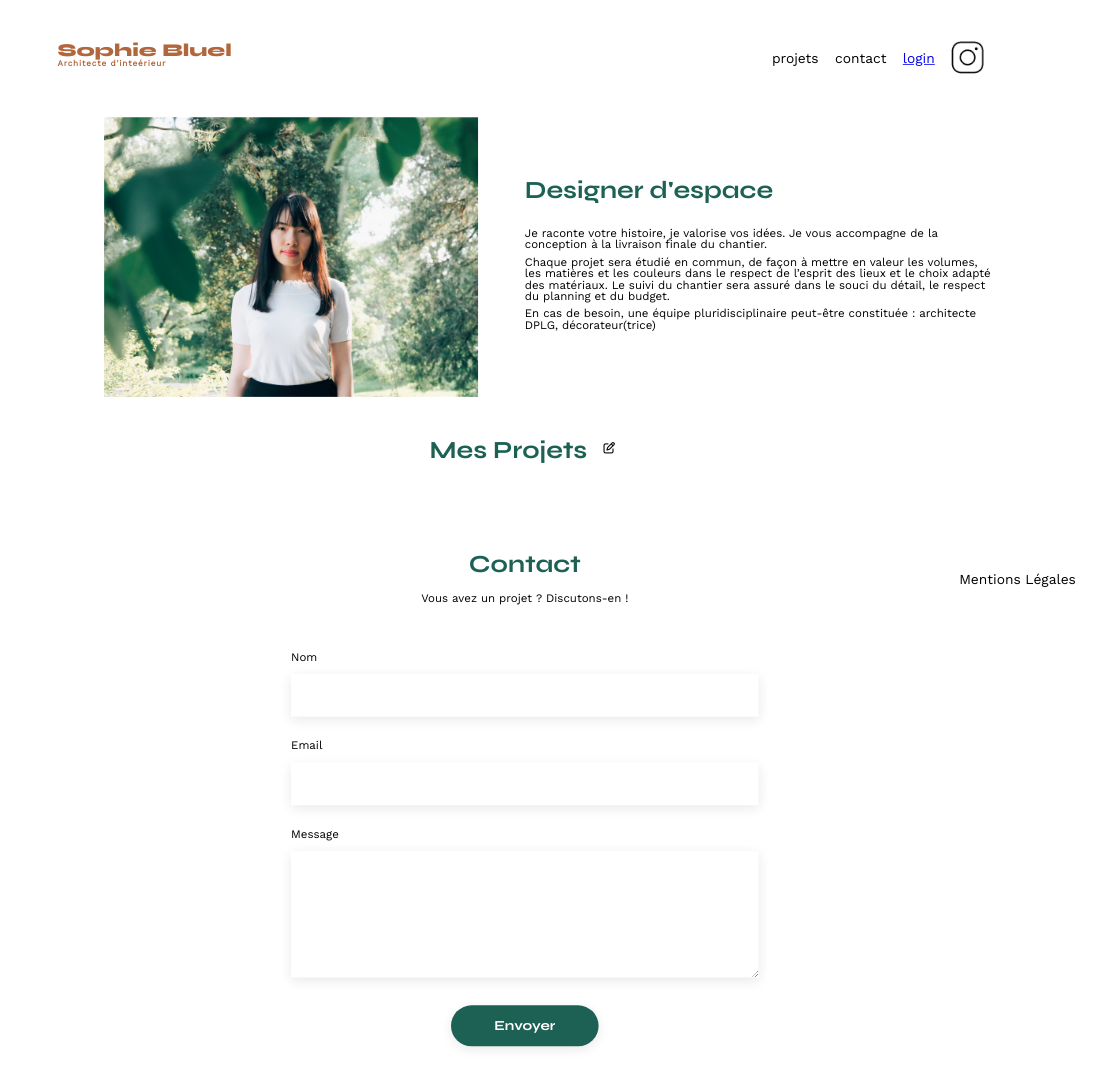
Repository: ByteVoyageur/OC-P6
Page: FrontEnd/index.html
These files come from the project's save history. The page is drawn as it stood at one moment and after the next save; the edit follows.
The browser window is 1280 px wide. The page is 1350 px wide, so the pictures cover 1350 px, including what lies to the right of the window. The pictures show the whole page, at 82% of full size.
The page's requests for data from a server got no answer.

Above is the page before, as saved 2023-10-20 21:35:52.
Console error: TypeError: Cannot read properties of null (reading 'addEventListener')

After the next save:
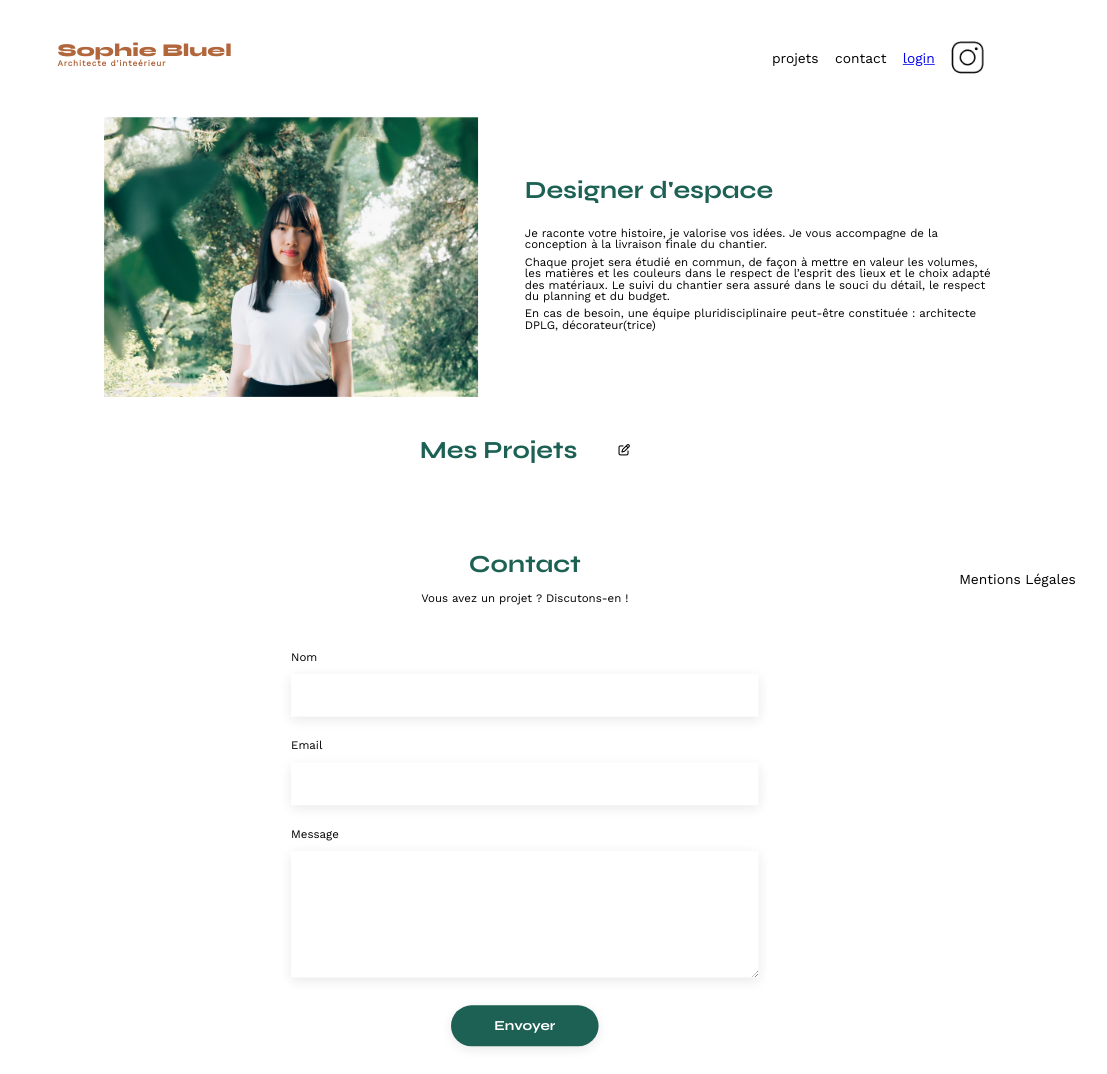
Saved 118 s later.
--- a/FrontEnd/assets/css/style.css
+++ b/FrontEnd/assets/css/style.css
@@ -224,8 +224,7 @@ li:hover {
 }
 
 #portfolio-header i {
-  width: 20px;
-  height: 20px;
+  margin-left: 30px;
 }
 
 #portfolio h2 {
